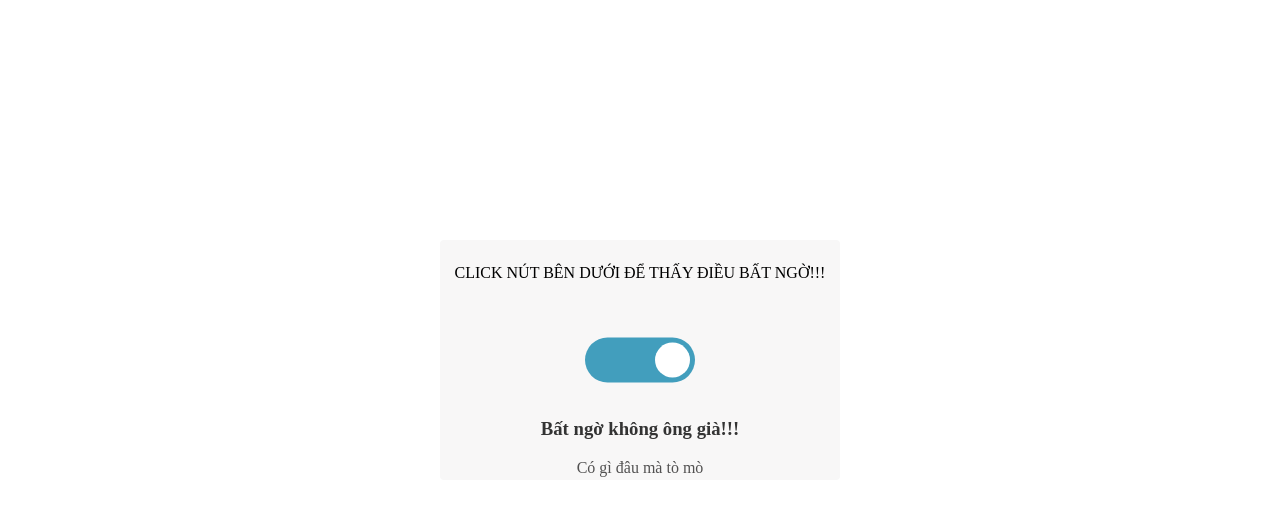
Repository: haokiet2501/troll-my-react
Page: /, after clicking the first element matching `div.toggle-center`
These files come from the project's save history. The page is drawn as it stood at one moment and after the next save; the edit follows.
The browser window is 1280 px wide. The pictures show the whole page.
The project was rebuilt for these pictures with package versions that can differ from the ones it lists, and the page was loaded fresh each time.

Above is the page before, as saved 2022-07-30 23:15:22.

### src/index.css
.toggle-center {
  position: absolute;
  top: 50%;
  left: 50%;
  transform: translate(-50%, -50%);
  width: 25rem;
  height: 15rem;
  border-radius: 0.25rem;
  background-color: #f8f7f7;
}

.toggle-center:hover {
  box-shadow: 0 4px 8px rgba(0, 0, 0, 0.25);
}

.toggle {
  position: absolute;
  top: 50%;
  left: 50%;
  transform: translate(-50%, -50%);
}

.todo-center {
  position: absolute;
  top: 62%;
  left: 50%;
  transform: translate(-50%, -50%);
  z-index: 999;
}

.toggle-control {
  position: absolute;
  top: 75%;
  left: 50%;
  transform: translate(-50%, -50%);
  display: flex;
  text-transform: uppercase;
}

.toggle {
  width: 100px;
  height: 35px;
  background-color: #ccc;
  padding: 5px;
  border-radius: 100rem;
  cursor: pointer;
}

.toggle.active {
  background-color: #429EBD;
}

.toggle-title {
  position: relative;
  top: 10%;
  text-transform: uppercase;
  display: flex;
  justify-content: center;
  align-items: center;
}

.spinner {
  position: absolute;
  width: 35px;
  height: 35px;
  left: 0;
  margin-left: 5px;
  border-radius: 50%;
  background-color: #fff;
  transition: 0.3s linear;
}

.spinner.active {
  transform: translateX(65px);
  transition: 0.3s linear;
}

.toggle-on {
  margin-right: 0.5rem;
}

h3 {
  color: #333;
}

p {
  color: rgb(82, 81, 81);
  display: flex;
  justify-content: center;
  align-items: center;
}

### src/App.js
import Toggle from "./components/Toggle";

function App() {
  return (
    <>
      <Toggle />
    </>
  );
}

export default App;

### src/components/Toggle.jsx
import { useState } from "react"
import Todo from "./Todo";

const Toggle = () => {
    const [on, setOn] = useState(false);

    const handleClick = () => {
        setOn((on) => !on);
    }

    return (
        <>
            {on && <Todo />}
            <div className="toggle-center" onClick={handleClick}>
                <div className="toggle-title">Click nút bên dưới để thấy điều bất ngờ!!!</div>
                <div className={`toggle ${on ? 'active' : ''}`}>
                    <div className={`spinner ${on ? 'active' : ''}`}></div>
                </div>
            </div>
        </>
    )
}

export default Toggle

### src/components/Todo.jsx
import React from 'react'

const Todo = () => {
    return (
        <div className='todo-center'>
            <h3>Bất ngờ không ông già!!!</h3>
            <p>Có gì đâu mà tò mò</p>
        </div>
    )
}

export default Todo

Loaded but not shown: public/index.html (common file); src/index.js (common file); src/reportWebVitals.js (common file)

After the next save:
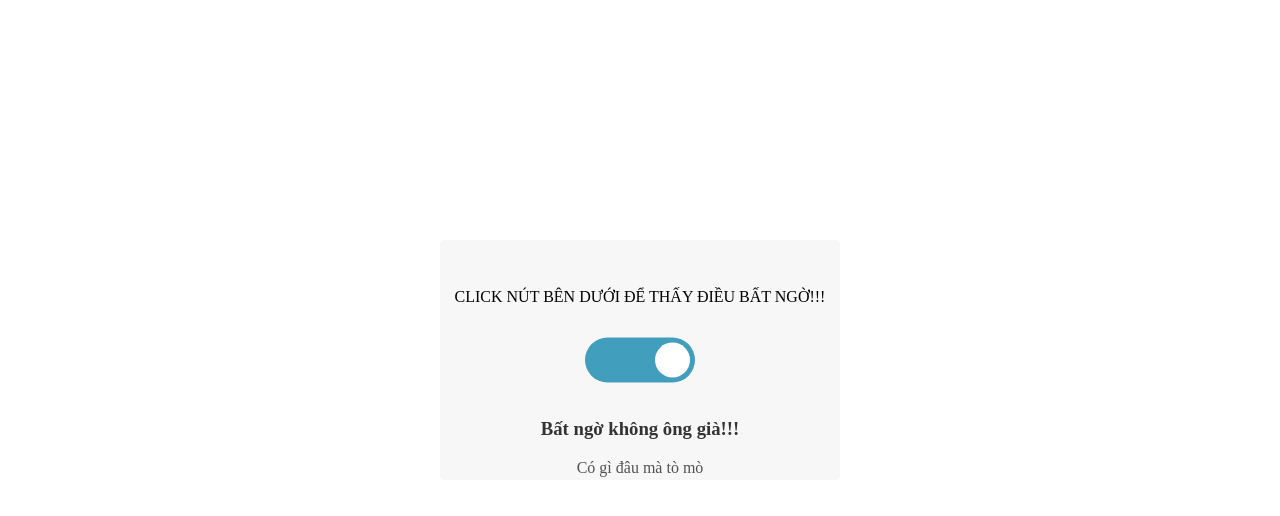
Saved 7 s later.
--- a/src/index.css
+++ b/src/index.css
@@ -52,7 +52,7 @@
 
 .toggle-title {
   position: relative;
-  top: 10%;
+  top: 20%;
   text-transform: uppercase;
   display: flex;
   justify-content: center;
